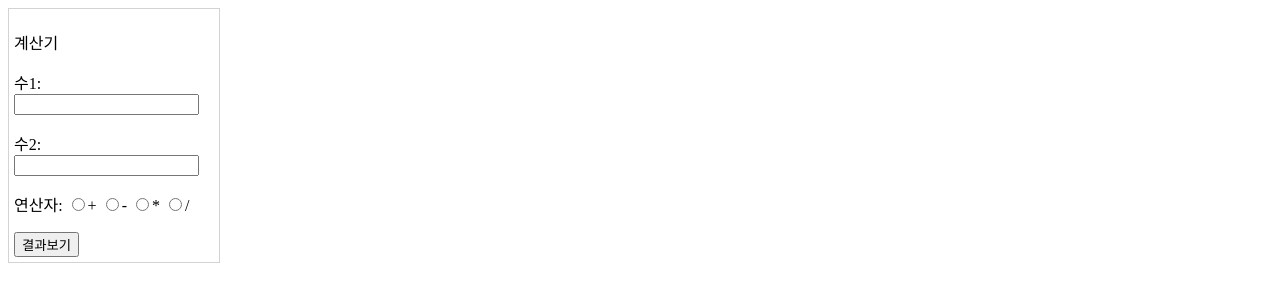
Repository: Kebiskim/2023_jspStudy
Page: 01_servlet/src/main/webapp/view/Ex07.html
The author's editor kept a copy of each file at every save. The page is drawn from the files as they stood at one save, then again after the next save.
The browser window is 1280 px wide. The pictures show the whole page.

Above is the page before, as saved 2023-06-30 04:10:26.

After the next save:
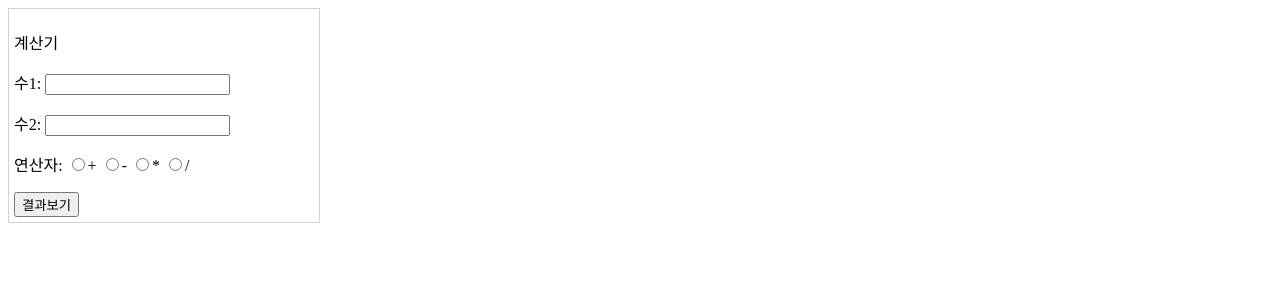
Saved 5 s later.
--- a/01_servlet/src/main/webapp/view/Ex07.html
+++ b/01_servlet/src/main/webapp/view/Ex07.html
@@ -5,7 +5,7 @@
 <title>Calculator</title>
 <style type="text/css">
 	#border1{
-	  width : 200px;
+	  width : 300px;
 	  height: auto;
 	  border: 1px solid lightgray;
 	  padding: 5px;
